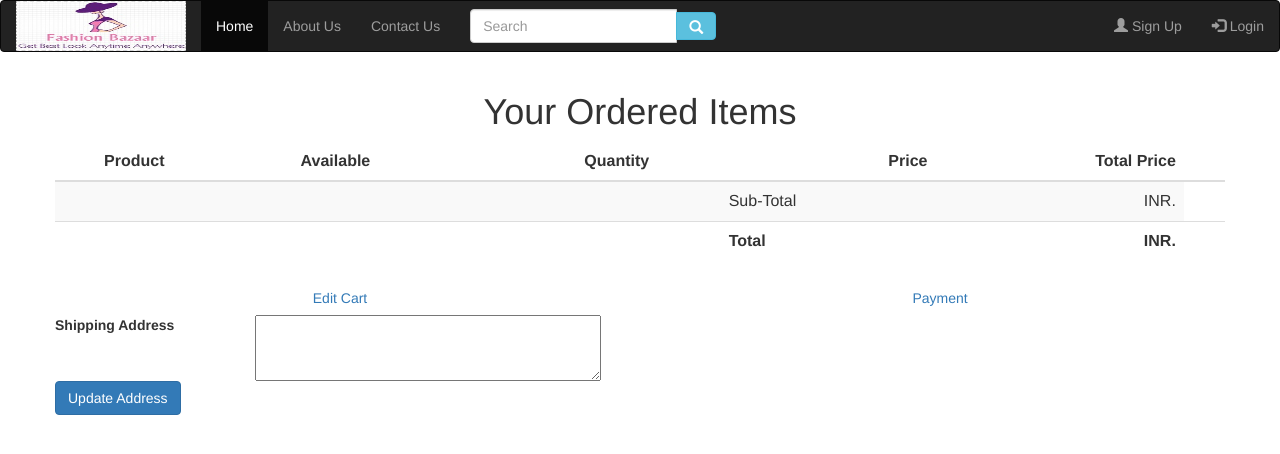
Repository: SmithaMendonca/Project-1
Page: http://localhost/FashionBazarFrontend/WEB-INF/views/OrderConfirm.jsp
An editor plug-in stored every save of this project. The page is shown before and after the next save, followed by the edit.
The browser window is 1280 px wide. The pictures show the whole page.
The page is served by Tomcat 9. Nobody is signed in. The template is opened directly, without the code that normally fills it, so the values that code supplies are empty.

Above is the page before, as saved 2019-06-07 05:33:22.

After the next save:
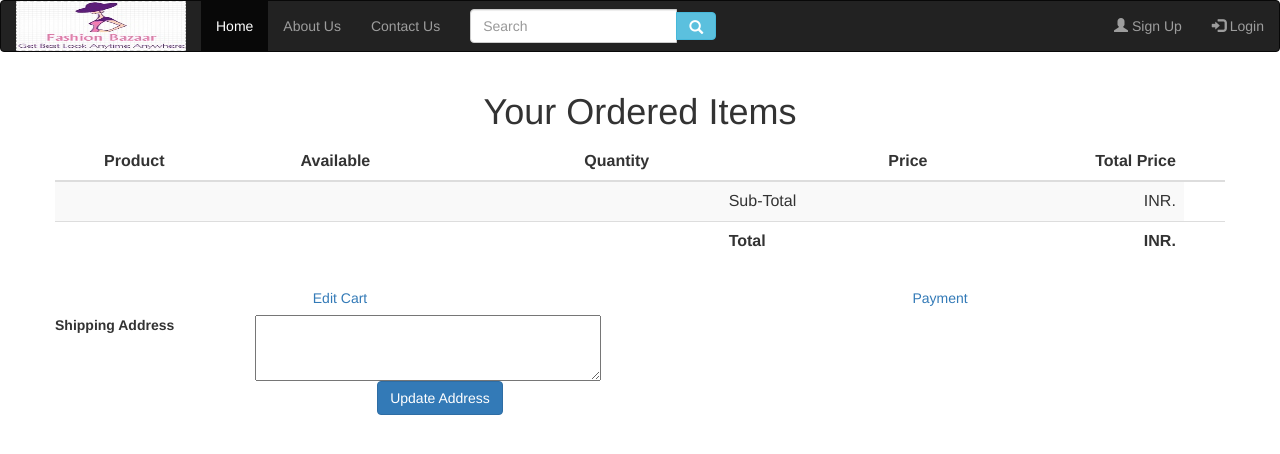
Saved 2 min 50 s later.
--- a/FashionBazarFrontend/src/main/webapp/WEB-INF/views/OrderConfirm.jsp
+++ b/FashionBazarFrontend/src/main/webapp/WEB-INF/views/OrderConfirm.jsp
@@ -74,7 +74,7 @@
             	 <div class="col-sm-8 col-xs-12 col-md-6">
             	      <textarea cols="40" rows="3" name="addr">${addr}</textarea>
             	 </div>
-                 <div class="col-sm-8 col-xs-12 col-md-8">
+                 <div class="col-sm-8 col-xs-12 col-md-8 text-center">
                  	<input type="submit" value="Update Address" class="btn btn-primary"/>
                  </div>
         </div>
